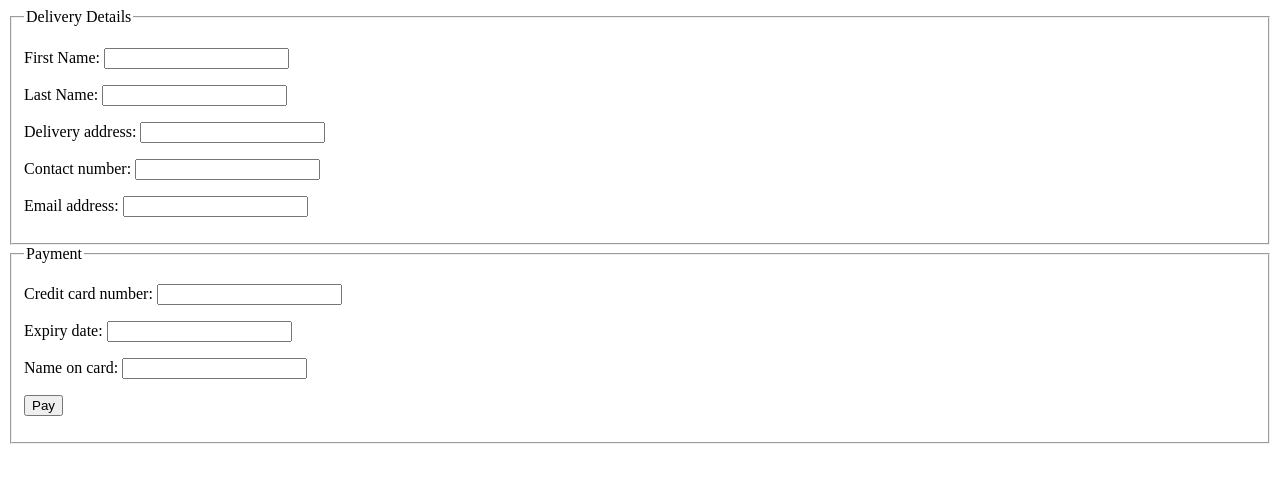
Repository: TonyHoukun-2022/sportswarehouse-php
Page: http://localhost/templates/checkoutForm.html.php
The author's editor kept a copy of each file at every save. The page is drawn from the files as they stood at one save, then again after the next save.
The browser window is 1280 px wide. The pictures show the whole page.
The page is run by PHP 8.4 with error messages shown; the project is at /var/www/html/.

Above is the page before, as saved 2021-11-24 20:35:36.

### templates/checkoutForm.html.php

<form method="POST" action="thanksOrder.php" id="checkout">
  <fieldset>
    <legend>Delivery Details</legend>
    <p>
      <label for="firstName">First Name: </label>
      <input type="text" id="firstName" name="firstName">
    </p>

    <p>
      <label for="lastName">Last Name: </label>
      <input type="text" id="lastName" name="lastName">
    </p>

    <p>
      <label for="address">Delivery address: </label>
      <input type="text" id="address" name="address">
    </p>

    <p>
      <label for="phone">Contact number: </label>
      <input type="text" id="phone" name  ="phone">
    </p>

    <p>
      <label for="email">Email address: </label>
      <input type="text" id="email" name  ="email">
    </p>
  </fieldset>

  <fieldset>
    <legend>Payment</legend>
    <p>
      <label for="creditcard">Credit card number: </label>
      <input type="text" id="creditcard" name  ="creditcard">
    </p>

    <p>
      <label for="expiry">Expiry date: </label>
      <input type="text" id="expiry" name="expiry">
    </p>

    <p>
      <label for="nameOnCard">Name on card:</label>
      <input type="text" id="nameOnCard" name  ="nameOnCard">
    </p>

    <p>
      <input type="submit"  name="pay" value="Pay">
    </p>
  </fieldset>
</form>

After the next save:
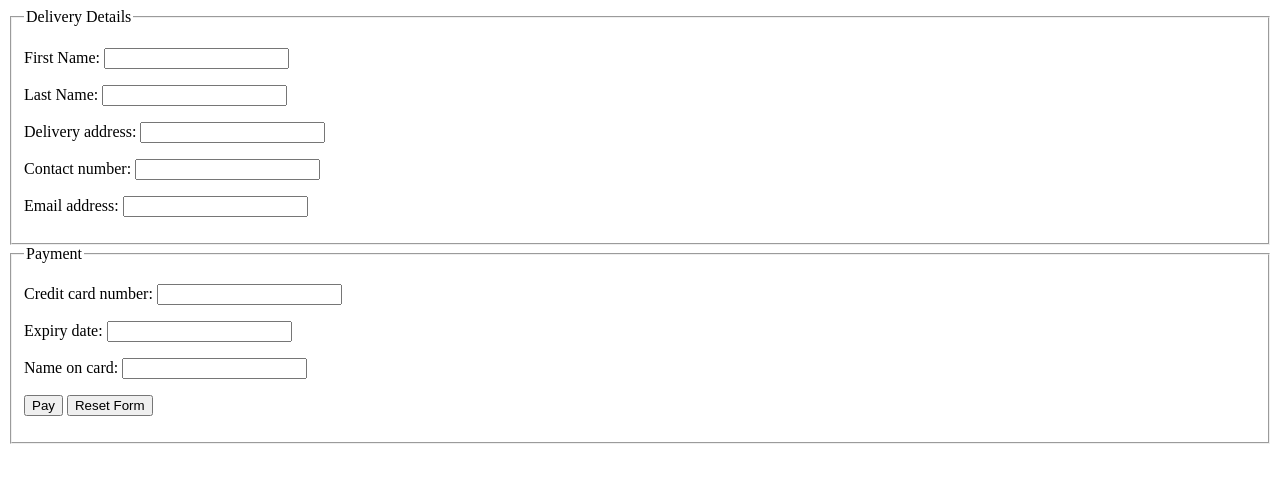
Saved 99 s later.
--- a/templates/checkoutForm.html.php
+++ b/templates/checkoutForm.html.php
@@ -47,6 +47,7 @@
 
     <p>
       <input type="submit"  name="pay" value="Pay">
+      <input type="reset" name="resetButton" id="resetButton" value="Reset Form">
     </p>
   </fieldset>
 </form>
